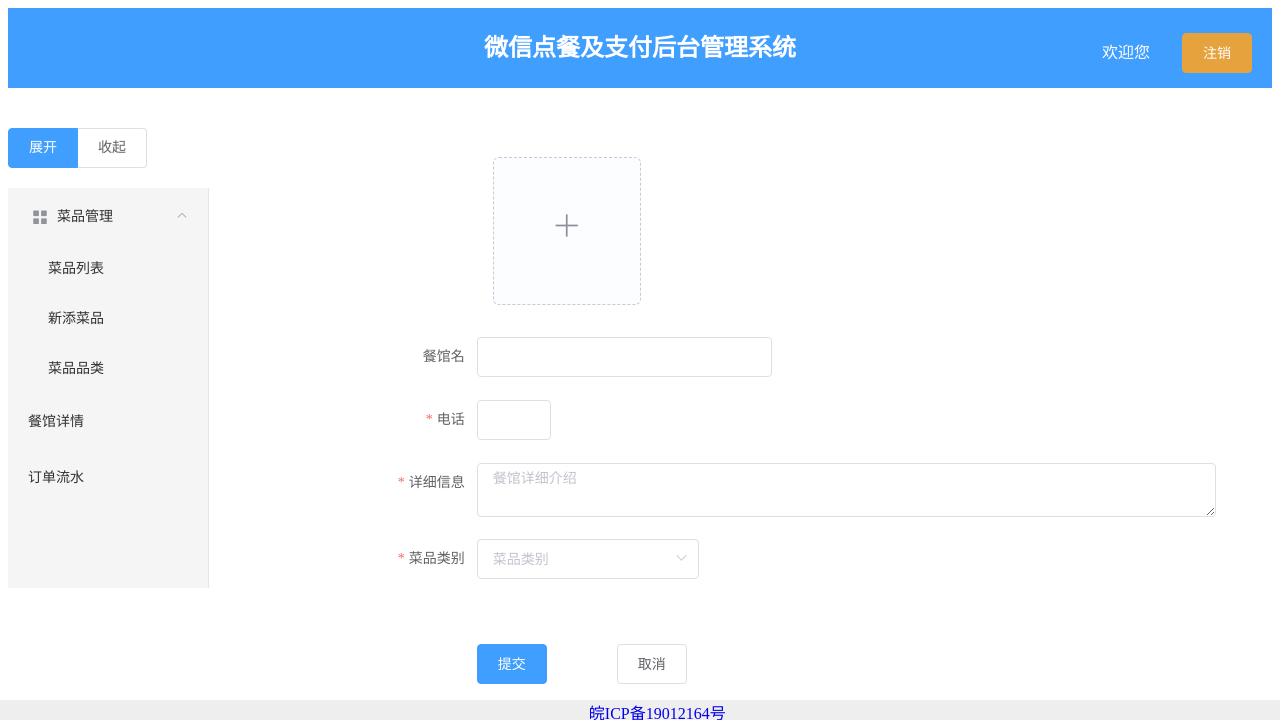
Repository: align-shi/order-web
Page: /pointpayment/hotelTable
The author's editor kept a copy of each file at every save. The page is drawn from the files as they stood at one save, then again after the next save.
The browser window is 1280 px wide. The pictures show the whole page.
The page's requests for data from a server got no answer. The project was rebuilt for these pictures with package versions that can differ from the ones it lists, and the page was loaded fresh each time. No one was signed in, and anything a server would have sent is missing. Also part of the build but not shown: src/pages/login.vue.

Above is the page before, as saved 2020-03-11 20:58:17.

After the next save:
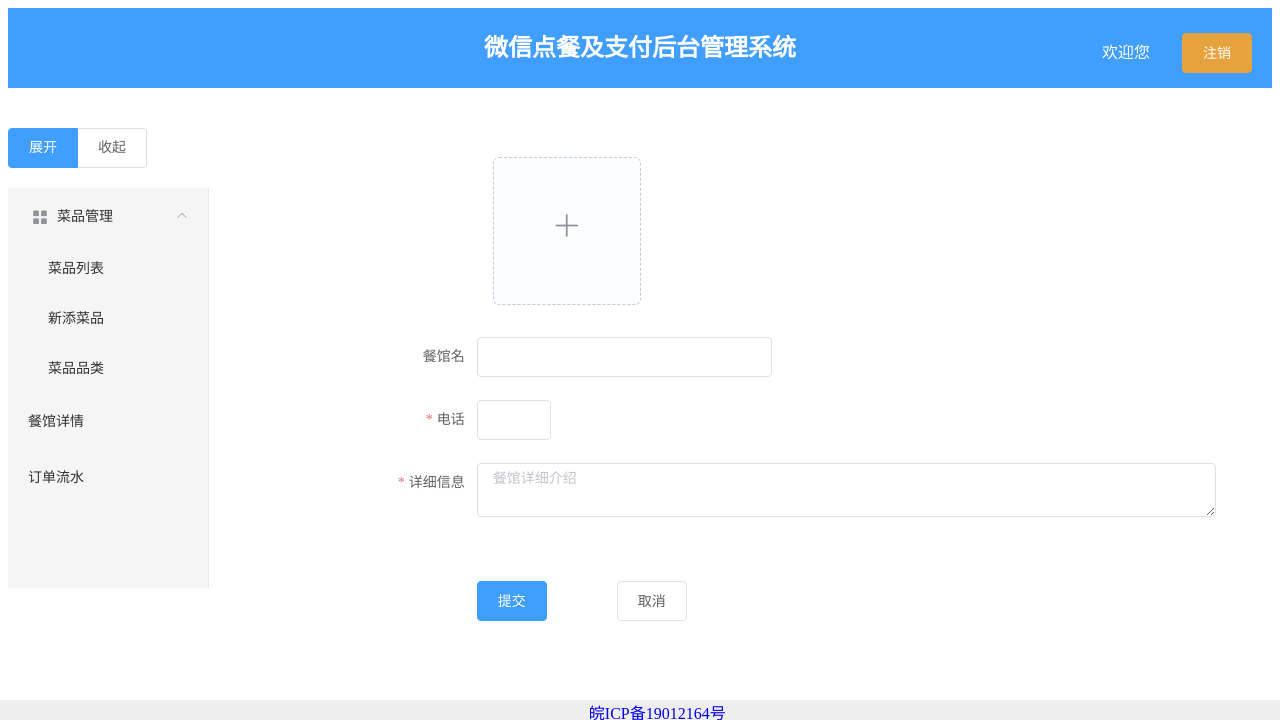
Saved 71 s later.
--- a/src/components/hotelTable.vue
+++ b/src/components/hotelTable.vue
@@ -31,13 +31,7 @@
                 </el-input>
             </el-form-item>
 
-            <el-form-item label="菜品类别" prop="typeId">
-                <el-select clearable  v-model="form.typeId" placeholder="菜品类别" autocomplete="off"
-                        style="width: 30%">
-                <el-option v-for="item in typeList" :key="item.id" :label="item.typeName"
-                        :value="item.id"></el-option>
-                </el-select>
-            </el-form-item>
+
         </el-form>
 
         <div class="buttons">
